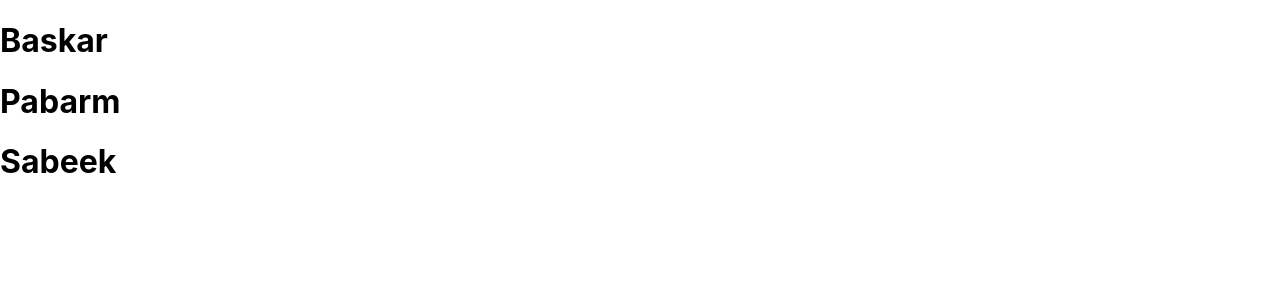
Repository: Baskaran-Ra/React-map
Page: /
An editor plug-in stored every save of this project. The page is shown before and after the next save, followed by the edit.
The browser window is 1280 px wide. The pictures show the whole page.
The project was rebuilt for these pictures with package versions that can differ from the ones it lists, and the page was loaded fresh each time. Also part of the build but not shown: src/App.css.

Above is the page before, as saved 2022-12-28 18:43:03.

After the next save:
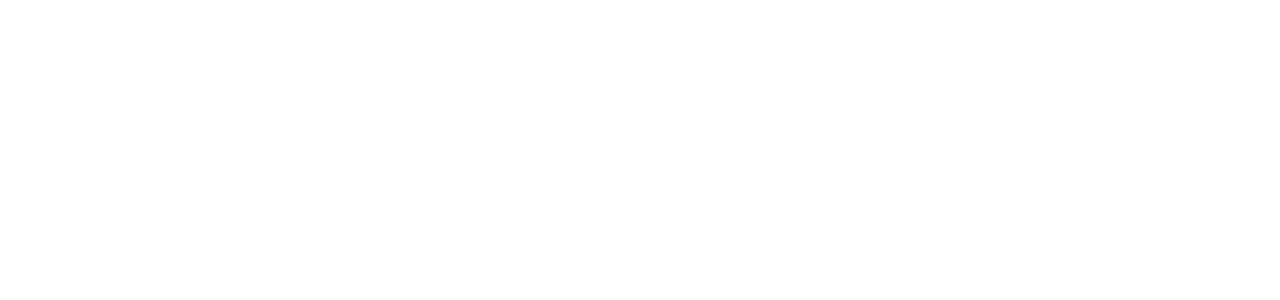
Saved 2 min 50 s later.
--- a/src/App.js
+++ b/src/App.js
@@ -12,7 +12,7 @@
     return(
       <div>
         {this.state.map((userInfo) =>{
-          return<h1>{userInfo.name}</h1>;
+          return<h1>{userInfo.name.age}</h1>;
         })}
       </div>
     )

After the 4 saves that followed:
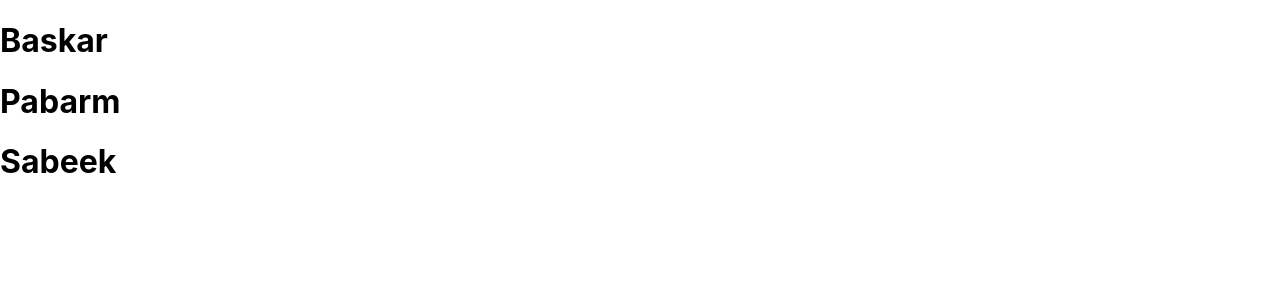
The 4 saves are shown as one change because 1 did not build or start and some came seconds apart.
The last was saved 15 s later.
--- a/src/App.js
+++ b/src/App.js
@@ -12,7 +12,7 @@
     return(
       <div>
         {this.state.map((userInfo) =>{
-          return<h1>{userInfo.name.age}</h1>;
+          return<h1>{userInfo.name}</h1>;
         })}
       </div>
     )
